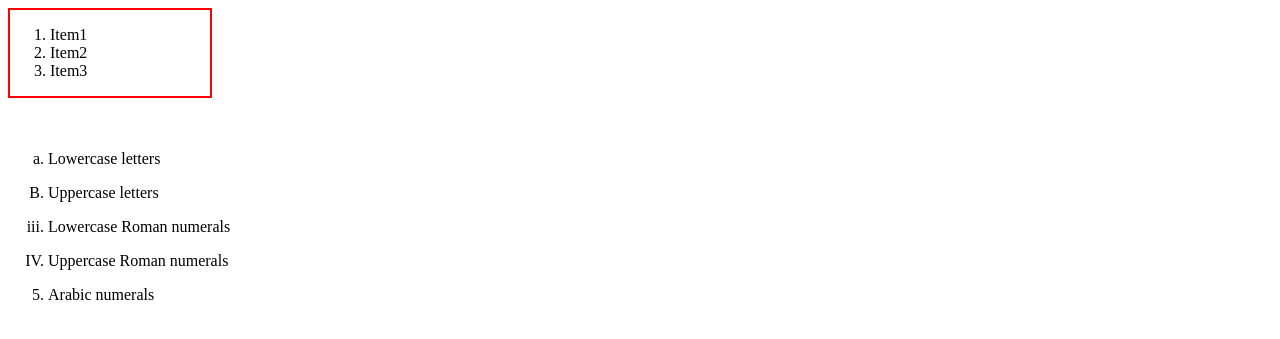
Repository: Tan-Khang21/TH_TKW--Buoi_01
Page: Buoi_01/Bt_ve_nha/BT_01/main.html
An editor plug-in stored every save of this project. The page is shown before and after the next save, followed by the edit.
The browser window is 1280 px wide. The pictures show the whole page.

Above is the page before, as saved 2024-01-22 16:56:56.

After the next save:
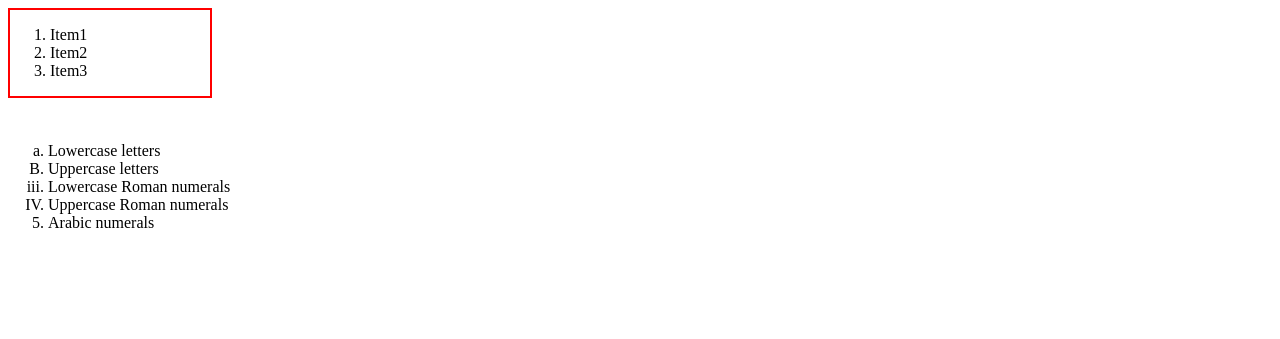
Saved 67 s later.
--- a/Buoi_01/Bt_ve_nha/BT_01/style.css
+++ b/Buoi_01/Bt_ve_nha/BT_01/style.css
@@ -2,3 +2,6 @@
     width: 200px;
     border: 2px solid red;
 }
+.green{
+    line-height: 2px;
+}
